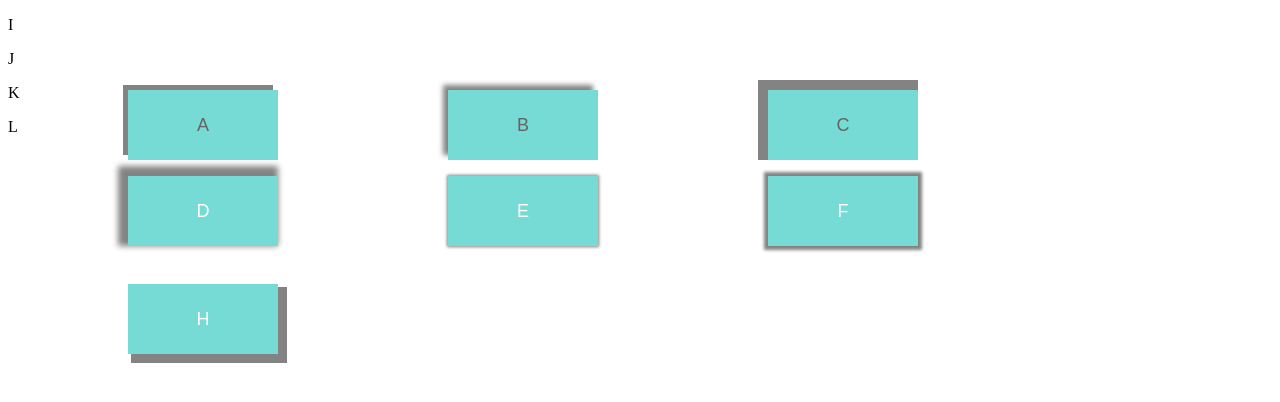
Repository: ThePerez/ArgProg
Page: Practicas ArgProg/Practica 3/Ejercicio 8/index.html
The author's editor kept a copy of each file at every save. The page is drawn from the files as they stood at one save, then again after the next save.
The browser window is 1280 px wide. The pictures show the whole page.

Above is the page before, as saved 2023-03-20 18:11:08.

### Practicas ArgProg/Practica 3/Ejercicio 8/index.html
<!DOCTYPE html>
<html lang="en">
<head>
     <meta charset="UTF-8">
     <meta http-equiv="X-UA-Compatible" content="IE=edge">
     <meta name="viewport" content="width=device-width, initial-scale=1.0">
     <title>Ejercicio 8</title>
     <link rel="stylesheet" href="styles.css">
</head>
<body>
     <p class="a">A</p>
     <p class="b">B</p>
     <p class="c">C</p>
     <p class="d">D</p>
     <p class="e">E</p>
     <p class="f">F</p>

     <p class="g">G</p>
     <p class="h">H</p>
     <p class="i">I</p>
     <p class="j">J</p>
     <p class="k">K</p>
     <p class="l">L</p>
</body>
</html>

### Practicas ArgProg/Practica 3/Ejercicio 8/styles.css
.a {
     font-family: sans-serif;
     font-family: Century Gothic, CenturyGothic, AppleGothic, sans-serif;
     color: #646464;
     font-size: 18px;
     background: rgb(118, 218, 213);
     box-shadow: -5px -5px 0px   #838383;
     width: 150px;
     height: 70px;
     position: absolute;
     top: 10%;
     left: 10%;
     display: flex;
     justify-content: center;
     align-items: center;
}

.b {
     font-family: sans-serif;
     font-family: Century Gothic, CenturyGothic, AppleGothic, sans-serif;
     color: #646464;
     font-size: 18px;
     background: rgb(118, 218, 213);
     box-shadow: -5px -5px 5px   #838383;
     width: 150px;
     height: 70px;
     position: absolute;
     top: 10%;
     left: 35%;
     display: flex;
     justify-content: center;
     align-items: center;
}

.c {
     font-family: sans-serif;
     font-family: Century Gothic, CenturyGothic, AppleGothic, sans-serif;
     color: #646464;
     font-size: 18px;
     background: rgb(118, 218, 213);
     box-shadow: -5px -5px 0px 5px #838383;
     width: 150px;
     height: 70px;
     position: absolute;
     top: 10%;
     left: 60%;
     display: flex;
     justify-content: center;
     align-items: center;
}

.d {
     font-family: sans-serif;
     font-family: Century Gothic, CenturyGothic, AppleGothic, sans-serif;
     color: #ffffff;
     font-size: 18px;
     background: rgb(118, 218, 213);
     box-shadow: -5px -5px 6px 5px #838383;
     width: 150px;
     height: 70px;
     position: absolute;
     top: 22%;
     left: 10%;
     display: flex;
     justify-content: center;
     align-items: center;
}

.e {
     font-family: sans-serif;
     font-family: Century Gothic, CenturyGothic, AppleGothic, sans-serif;
     color: #ffffff;
     font-size: 18px;
     background: rgb(118, 218, 213);
     box-shadow: 0px 0px 3px 1px #838383;
     width: 150px;
     height: 70px;
     position: absolute;
     top: 22%;
     left: 35%;
     display: flex;
     justify-content: center;
     align-items: center;
}

.f {
     font-family: sans-serif;
     font-family: Century Gothic, CenturyGothic, AppleGothic, sans-serif;
     color: #ffffff;
     font-size: 18px;
     background: rgb(118, 218, 213);
     box-shadow: 0px 0px 3px 4px #838383;
     width: 150px;
     height: 70px;
     position: absolute;
     top: 22%;
     left: 60%;
     display: flex;
     justify-content: center;
     align-items: center;
}

.g {
     font-family: sans-serif;
     font-family: Century Gothic, CenturyGothic, AppleGothic, sans-serif;
     color: #ffffff;
     font-size: 18px;
     background: rgb(118, 218, 213);
     box-shadow: 6px 6px 0px 3px #838383;
     width: 150px;
     height: 70px;
     position: absolute;
     top: 37%;
     left: 10%;
     display: flex;
     justify-content: center;
     align-items: center;
}

.h {
     font-family: sans-serif;
     font-family: Century Gothic, CenturyGothic, AppleGothic, sans-serif;
     color: #ffffff;
     font-size: 18px;
     background: rgb(118, 218, 213);
     box-shadow: 6px 6px 0px 3px #838383;
     width: 150px;
     height: 70px;
     position: absolute;
     top: 37%;
     left: 10%;
     display: flex;
     justify-content: center;
     align-items: center;

After the next save:
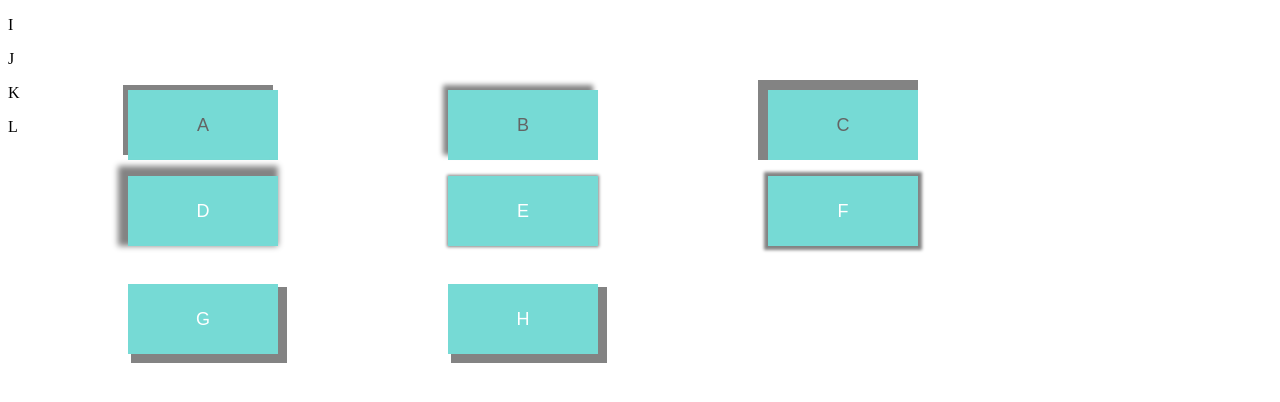
Saved 14 s later.
--- a/Practicas ArgProg/Practica 3/Ejercicio 8/styles.css
+++ b/Practicas ArgProg/Practica 3/Ejercicio 8/styles.css
@@ -128,7 +128,7 @@
      height: 70px;
      position: absolute;
      top: 37%;
-     left: 10%;
+     left: 35%;
      display: flex;
      justify-content: center;
      align-items: center;
